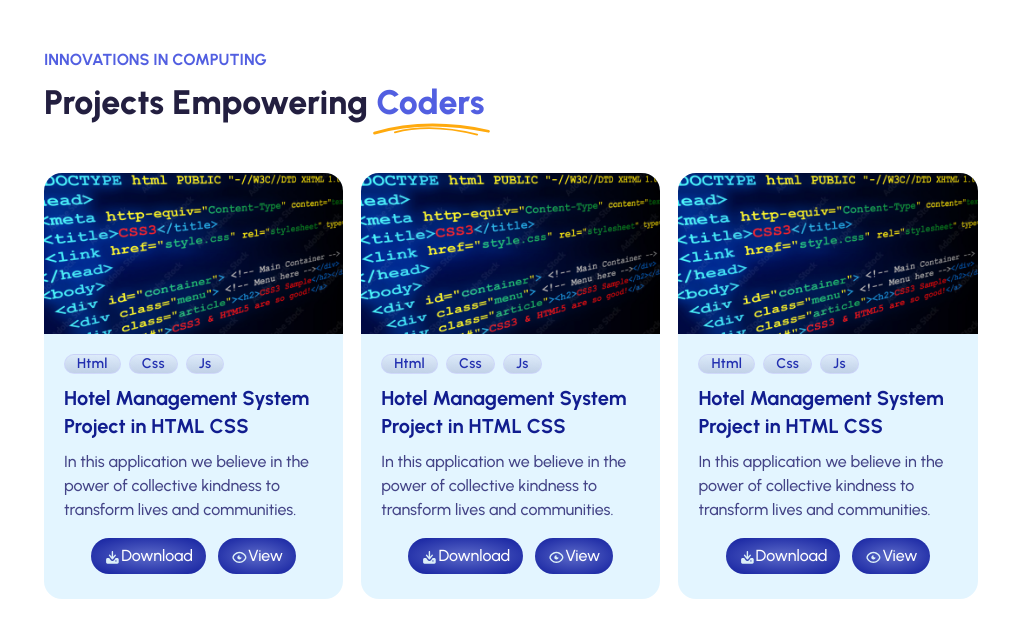
Repository: sharma171/jtccreativeideas
Page: /newsection (app in nextjssite/)
An editor plug-in stored every save of this project. The page is shown before and after the next save, followed by the edit.
The browser window is 1024 px wide. The pictures show the whole page.
The project was rebuilt for these pictures with package versions that can differ from the ones it lists, and the page was loaded fresh each time. The framework's server and built-in components were replaced by stand-ins that run in the browser. Also part of the build but not shown: nextjssite/next.config.mjs.

Above is the page before, as saved 2024-03-28 16:26:58.

After the next save:
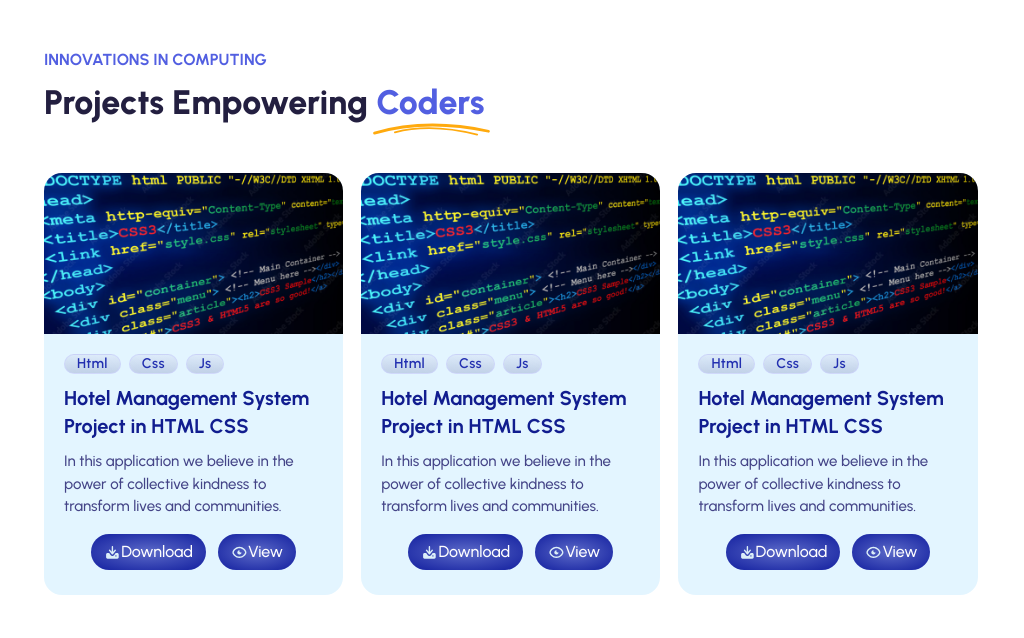
Saved 21 s later.
--- a/nextjssite/src/app/newsection/page.css
+++ b/nextjssite/src/app/newsection/page.css
@@ -133,7 +133,7 @@ section.projects {
         font-size: 20px;
     }
     .project-cards li .card-inner .info .cardpara {
-        font-size: 16px;
+        font-size: 15px;
     }
     .project-cards {
         gap:18px;
